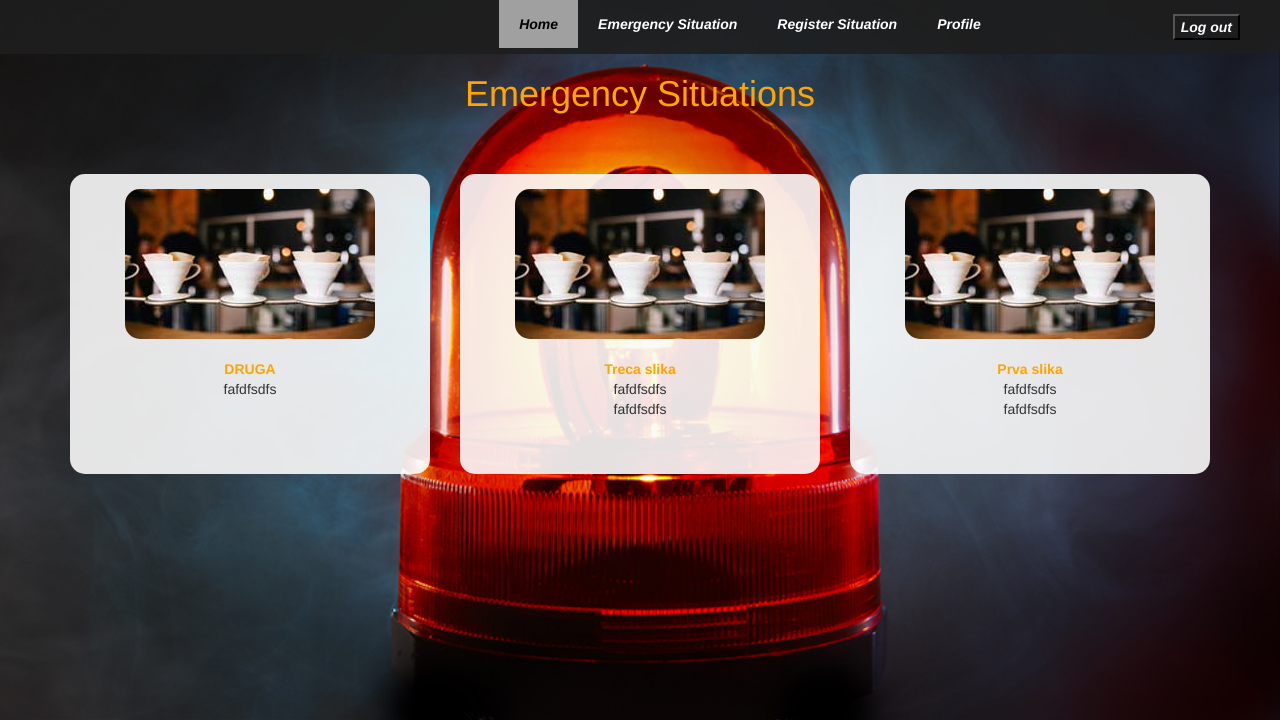
Repository: majamiljic/WebProgramming
Page: emergencySituations/WebContent/situations.html
These files come from the project's save history. The page is drawn as it stood at one moment and after the next save; the edit follows.
The browser window is 1280 px wide. The pictures show the whole page.

Above is the page before, as saved 2018-01-26 15:22:34.

### emergencySituations/WebContent/situations.html
<!DOCTYPE html>
<html>
    <head>
        <title>Emergency Situations</title>
        <link href="css/layout.css" rel="stylesheet">
        <link href="css/bootstrap.min.css" rel="stylesheet">
		<script src="js/jquery-3.2.1.min.js"></script>
		<script type="text/javascript" src="js/controllers/logout.js"></script>
    </head>
    <body style="background-color: black">
        <ul>
            <li><a class="active" href="situations.html">Home</a></li>
            <li><a href="emergencySituation.html">Emergency Situation</a></li>
            <li><a href="registerSituation.html">Register Situation</a></li>
            <li><a href="profile.html">Profile</a></li>
            <li style="float: right; margin-right: 20px;">
				<a href="">
					<button type="submit" style="background: none" onclick="logout()">Log out</button>
				</a>
			</li>
        </ul>

		<h1 style="text-align: center; color: orange">Emergency Situations</h1>

		<div class="mainDiv">
			<div class="row" align="center">
				<div class="col-sm-4">
					<div class="imgCont">
						<div class="imgDiv">
							<a href="#">
								<img src="img/2.jpg" style="border-radius: 15px;">
							</a>
						</div>
						<div class="descDiv">
							<p>
								<a href="#" style="text-decoration : none">
									<b style="color:orange"> DRUGA </b>
								</a>
								<br>
								fafdfsdfs
							</p>
						</div>
					</div>
				</div>
				<div class="col-sm-4">
					<div class="imgCont">
						<div class="imgDiv">
							<a href="#">
								<img src="img/2.jpg" style="border-radius: 15px;">
							</a>
						</div>
						<div class="descDiv">
							<p>
								<a href="#" style="text-decoration : none">
									<b style="color:orange"> Treca slika </b>
								</a>
								<br>
								fafdfsdfs <br>
								fafdfsdfs <br>
							</p>
						</div>
					</div>
				</div>
				<div class="col-sm-4">
					<div class="imgCont">
						<div class="imgDiv">
							<a href="#">
								<img src="img/2.jpg" style="border-radius: 15px;">
							</a>
						</div>
						<div class="descDiv">
							<p>
								<a href="#" style="text-decoration : none">
									<b style="color:orange"> Prva slika </b>
								</a>
								<br>
								fafdfsdfs <br>
								fafdfsdfs <br>
							</p>
						</div>
					</div>
				</div>
			</div>
		</div>

    </body>
</html>

### emergencySituations/WebContent/css/layout.css
body {
	background-image: url(../img/3.jpg);
	background-repeat: no-repeat;
    background-size: cover;
    background-attachment: fixed;
}

/*****  MENU  *****/
ul {
    list-style-type: none;
    margin: 0;
    padding-left: 39%;
    overflow: hidden;
    background-color: rgba(31, 31, 31, 0.9);
}

li {
    float: left;
}

li a {
    display: block;
    color: white;
    text-align: center;
    padding: 14px 20px;
    text-decoration: none;
    font-style: italic;
    font-weight: bold;
}

li a:hover {
    color: black;
    text-decoration: none;
    background-color: rgba(240,240,240,0.9);
}

.active {
    background-color: rgb(160,160,160);
    color: black;
}

/*****  INDEX  *****/
.logoDiv {
	margin-left: 42%;
	margin-top: 25px;
}

.mainDiv {
    padding: 30px 70px 50px 70px;
    /* background-color: rgba(250,250,250,0.8); */
    border-radius: 25px;
	max-height: 800px;
	overflow-y: scroll;
	overflow-y:auto;
}

.imgDiv {
	max-height: 70%;
  	overflow: hidden;
	padding-top: 15px;
	padding-bottom: 10px;
}

.descDiv {
	padding-top: 10px;
	padding-bottom: 10px;
	max-height: 40%;
	overflow-y: scroll;
	overflow-y:auto;
}

.imgCont {
    background-color: rgba(250,250,250,0.9);
	height: 300px;
	border-radius: 15px;
	margin-top: 20px;
}

/*****  LOG IN  *****/
.loginDiv {
    margin: 70px 30% 50px 30%;
    padding: 30px 70px 50px 70px;
    background-color: rgba(250,250,250,0.8);
	border-radius: 15px;
}

/*****  SIGN UP  *****/
.signUpDiv {
    margin: 70px 30% 50px 30%;
    padding: 30px 70px 50px 70px;
    background-color: rgba(250,250,250,0.8);
	border-radius: 15px;
}

.signUpImg {
    background-color: rgb(250,250,250);
	height: 220px;
	border-radius: 5px;
	padding: 20px 70px 20px 70px;
}

.chooseFileButton {
	background-color: #ccc;
	border-radius: 5px;
    display: inline-block;
    padding: 6px 12px;
    cursor: pointer;
	width: 100%;
	text-align: center;
	margin-top: 5px;
}

/*****  EMERGENCY SITUATION  *****/
.situationWrapper {
	width: 80%;
	margin: 50px auto;
}

.situationDataDiv {
	float: left;
  	overflow: hidden;
	margin-right: 20px;
    padding: 10px 20px 30px 20px;
    background-color: rgba(250,250,250,0.8);
	border-radius: 15px;
}

.commentsDiv {
  	overflow: hidden;
    padding: 30px 70px 50px 70px;
    background-color: rgba(250,250,250,0.8);
	border-radius: 15px;
	max-width: 800px;
	max-height: 700px;
	overflow-y: scroll;
	overflow-y:auto;
}

.commentDiv {
	max-height: 110px;
	width: 100%;
	padding: 15px;
	overflow-y: scroll;
	overflow-y:auto;
}

.commentPictureDiv {
	float: left;
  	overflow: hidden;
    background-color: rgba(250,250,250,0.6);
	height: 60px;
	width: 85px;
	border-radius: 5px;
}

.tip {
  width: 0px;
  height: 0px;
  position: absolute;
  background: transparent;
  border: 10px solid #ccc;
}

.tip-left {
  top: 10px;
  left: -25px;
  border-top-color: transparent;
  border-left-color: transparent;
  border-bottom-color: transparent;
}

.dialogbox .commentBody {
	position: relative;
	float: right;
	width: 80%;
	padding: 5px;
	background-color: #DADADA;
	border-radius: 3px;
	border: 5px solid #ccc;
}

.commentBody .message {
	min-height: 30px;
	border-radius: 3px;
	font-family: Arial;
	font-size: 14px;
	line-height: 1.5;
	color: #797979;
}

### emergencySituations/WebContent/js/controllers/logout.js
function logout() {
	var us = localStorage;

	$.ajax({
		type : 'POST',
		url : "rest/users/logout",
		success : function() {
			us.setItem("loggedUser", {});
			window.location.replace("index.html");
		}
	});
}

Loaded but not shown: emergencySituations/WebContent/css/bootstrap.min.css (library); emergencySituations/WebContent/js/jquery-3.2.1.min.js (library)

After the next save:
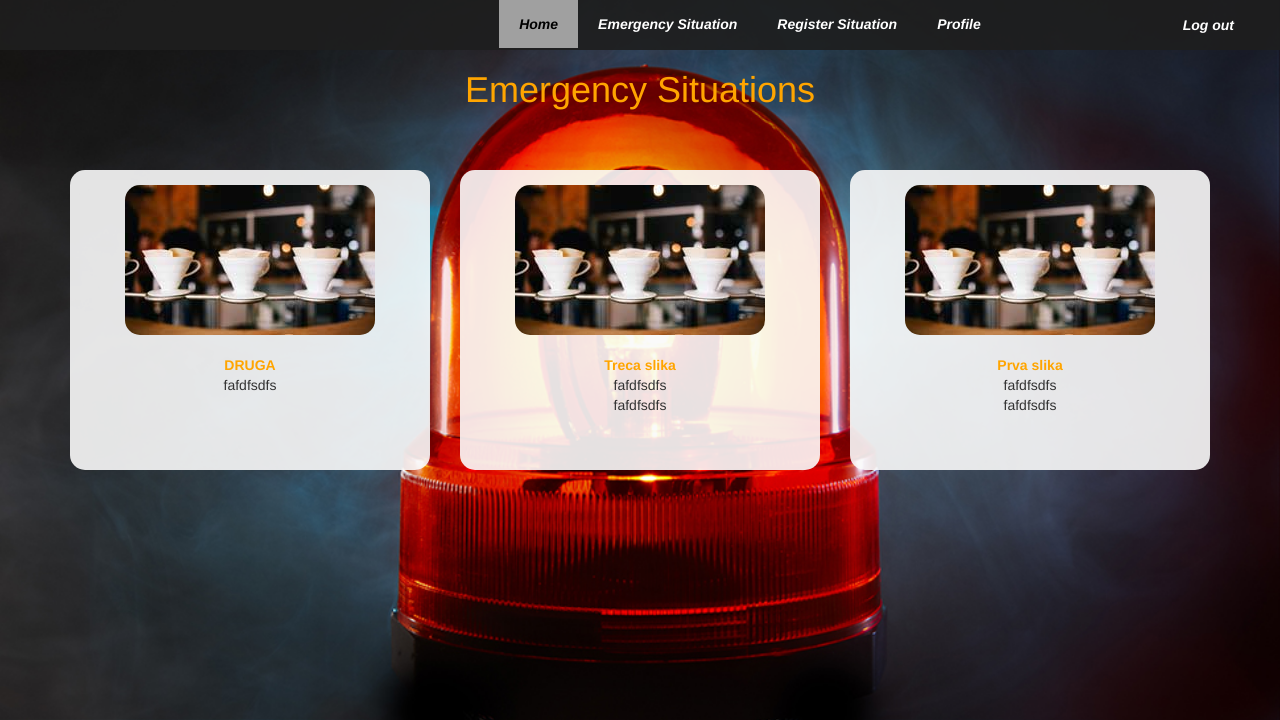
Saved 9 s later.
--- a/emergencySituations/WebContent/situations.html
+++ b/emergencySituations/WebContent/situations.html
@@ -15,7 +15,7 @@
             <li><a href="profile.html">Profile</a></li>
             <li style="float: right; margin-right: 20px;">
 				<a href="">
-					<button type="submit" style="background: none" onclick="logout()">Log out</button>
+					<button type="submit" style="background: none; border:none" onclick="logout()">Log out</button>
 				</a>
 			</li>
         </ul>
